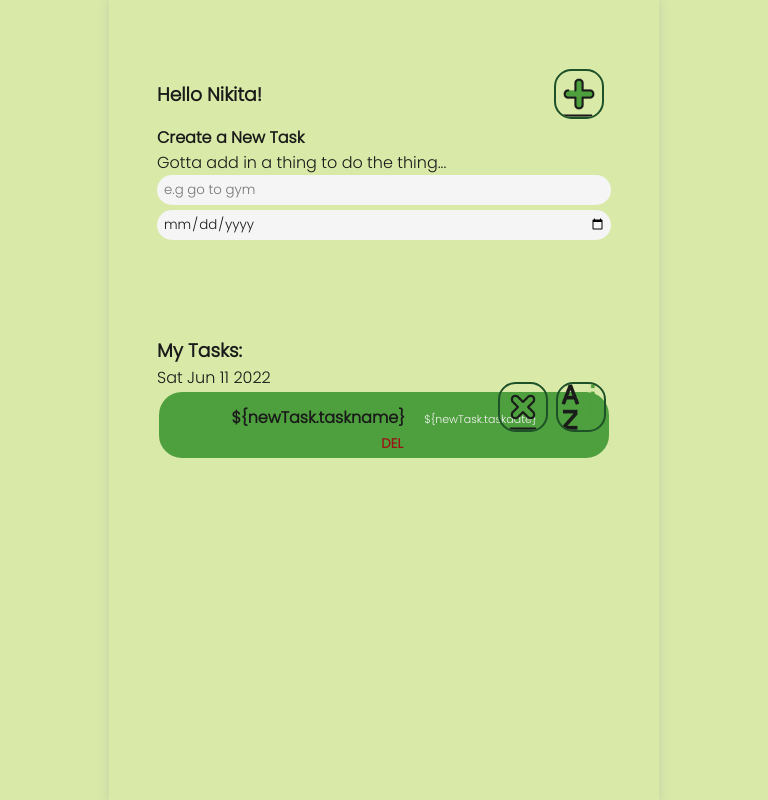
Repository: acidpixie/todo-app-version3
Page: index.html
The author's editor kept a copy of each file at every save. The page is drawn from the files as they stood at one save, then again after the next save.
The browser window is 768 px wide. The pictures show the whole page.

Above is the page before, as saved 2022-06-11 22:51:28.

### index.html
<!DOCTYPE html>
<html lang="en">
<head>
    <meta charset="UTF-8">
    <meta http-equiv="X-UA-Compatible" content="IE=edge">
    <meta name="viewport" content="width=device-width, initial-scale=1.0">
    <title>Todo Application</title>

    <link rel="stylesheet" type="text/css" href="/css/stylesheet.css">
    <script type="text/javascript" src="/js/script.js" defer></script>

    <!--google fonts - poppins-->
    <link rel="preconnect" href="https://fonts.googleapis.com">
    <link rel="preconnect" href="https://fonts.gstatic.com" crossorigin>
    <link href="https://fonts.googleapis.com/css2?family=Poppins:wght@200;300&display=swap" rel="stylesheet">


</head>
<body>

    <section>
        <header class="heading">
        <h3>Hello&nbsp;<div contenteditable="true">Nikita!</div></h3>
        </header>

        <div>
            <h4>Create a New Task</h4>
            <form>
                <label>Gotta add in a thing to do the thing...</label>
                <input type="text" class="user-input" id="input-task" placeholder="e.g go to gym">
                <p id="empty-input" class="empty-input"></p>
                <input type="date" class="user-date" id="input-date">
                <img src="/images/add.png" type="submit" class="add-new-task" id="add-new-task-button"></img>
                </label>
            </form>
       </div>
    </section>

    <section>
        <div id="display-tasks" class="display">
            <h3>My Tasks:</h3>
            <span class="title-date" id="title-date"></span>
            <ul class="task-item" id="task-list">
                <li class="list-item" id="list-item" data-id="${newTask.taskId}">

                    <div class="list-container" id="lists-container">
                        <span class="list-input" id="list-input" contenteditable="true">${newTask.taskname}</span>
                        <span class="list-date-input" id="list-date-input" contenteditable="true">${newTask.taskdate}</span>
                    </div>
                    <div class="list-buttons">
                        <button class="edit-item" id="edit-item"></button>
                        <button class="delete-item" id="delete-item">DEL</button>
                    </div>

                </li>
            </ul>
        </div>
    </section>

    <section class="user-buttons" id="buttons-user">
        <img src="/images/delete.png" class="user-button" id="clear-button"></img>
        <img src="/images/sort-a-z.png" class="user-button" id="sort-button"></img>
    </section>


</body>
</html>

### css/stylesheet.css
/*color pallet
#191A19 - black
#1E5128 - dark green
#4E9F3D - light green
#D8E9A8 - whitish green gray
#f5f5f5 - white smoke
*/



* {
    box-sizing: border-box;
    font-family: "poppins", sans-serif;
    margin: 0;
}

body {
    background-color: #D8E9A8;
    color: #191A19;
    max-width: 550px;
    min-height: 100vh;
    margin: auto;
    box-shadow: 0 1px 10px 0px rgba(176, 173, 173, 0.467);
    position: relative;
}


section {
    padding: 3rem;
}

.heading {
    padding-top: 2rem;
    padding-bottom: 1rem;
}

form {
    display: flex;
    flex-direction: column;
}

input {
    height: 30px;
    border: solid 5px #f5f5f5;
    color: #191A19;
    background-color: #f5f5f5;
    border-radius: 25px;
}

.user-date {
    margin-top: 5px;
}

li {
    display: flex;
    flex-direction: row;
    padding-left: 0;
    padding-top: 10px;
    list-style: none;
}

ul{
    margin: 0;
    padding: 0;
}

li {
    display: flex;
    flex-direction: column;
    justify-content: center;
    height: 70px;
    width: auto;
    background-color: #4E9F3D ;
    border: solid 2px #D8E9A8;
    border-radius: 25px;
    align-items: center;
}

.edit-item {
    font-size: 8px;
    background-color: transparent;
    border: none;
    color: #D8E9A8;
    cursor: pointer;
}

.delete-item {
    background-color: transparent ;
    border: none;
    color: #9a1616;
    font-weight: 600;
    cursor: pointer;
}


.user-buttons {
    display: flex;
    flex-direction: row;
    gap: 8px;
    position: absolute;
    bottom: 40%;
    right: 1%;
}

.user-button {
    display: flex;
    height: 50px;
    width: 50px;
    gap: 10px;
    border: solid 2px #1E5128;
    border-radius: 35%;
    cursor: pointer;

}

.add-new-task {
    height: 50px;
    width: 50px;
    margin-top: 5px;
    position: absolute;
    top: 15%;
    right: 10%;
    background-color: none;
    border: solid 2px #1E5128;
    border-radius: 35%;
    cursor: pointer;

}

.completed-task {
    text-decoration: line-through;
  }

.completed {
    filter: opacity(50%);
  }

.list-date-input {
    font-size: 11px;
    color: #f5f5f5 ;
    padding-left: 15px;

}

.list-input {
    font-weight: 600;
}

h3 {
    display: flex;
}

.empty-input {
    display: flex;
    justify-content: center;
    font-size: 12px;
    color: #9a1616;
}

@media screen and (max-width: 800px) {

    .user-buttons {
        display: flex;
        flex-direction: row;
        gap: 8px;
        position: absolute;
        bottom: 40%;
        right: 1%;
    }

    .user-button {
        display: flex;
        height: 50px;
        width: 50px;
        gap: 10px;
        border: solid 2px #1E5128;
        border-radius: 35%;
        cursor: pointer;

    }

    .add-new-task {
        height: 50px;
        width: 50px;
        margin-top: 5px;
        position: absolute;
        top: 8%;
        right: 10%;
        background-color: none;
        border: solid 2px #1E5128;
        border-radius: 35%;
        cursor: pointer;

    }



  }

### js/script.js
let date = new Date();
let dateHeader = date.toDateString();

const dateToday = document.getElementById('title-date');
dateToday.innerHTML = dateHeader;

const LOCAL_STORAGE_APP_KEY = "todo-app-storage-key";

//input variables
let taskInput = document.getElementById("input-task");
let taskInputDate = document.getElementById("input-date");
const taskInputSubmit = document.getElementById("add-new-task-button");
const emptyInput= document.getElementById("empty-input");

const taskList = document.getElementById("task-list");

const clearTaskList = document.getElementById("clear-button");
const sortTaskList = document.getElementById("sort-button");

let editInputTask = "";
let editInputDate = "";
let editId = "";
let isEdit = false;

let taskArray = [];

class Task {
    constructor(taskid, taskname, taskdate) {
        this._taskid = taskid;
        this._taskname = taskname;
        this._taskdate = taskdate;
    }

    get taskid() {
        return this._taskid;
      }

      set taskid(newTaskId) {
        this._taskid = newTaskId;
      }

      get taskname() {
        return this._taskname;
      }

      set taskname(newTaskName) {
        this._taskname = newTaskName;
      }

      get taskdate() {
        return this._taskdate;
      }

      set taskdate(newTaskDate) {
        this._taskdate = newTaskDate;
      }
    }

    //event listeners

    taskInputSubmit.addEventListener("click", addTask);
    clearTaskList.addEventListener("click", clearTasks);
    sortTaskList.addEventListener("click", sortTasks);

    //function to add in a new task

    function addTask(e) {
        e.preventDefault();

        let userInput = document.getElementById("input-task").value;
        let userInputDate = document.getElementById("input-date").value;

        let newTaskId = new Date().getTime().toString();
        let userInputTask = userInput.charAt(0).toUpperCase() + userInput.slice(1);

        emptyInput.innerHTML= "";

        if (userInputTask !== "" && !isEdit) {
            let newTask = new Task(newTaskId, userInputTask, userInputDate);
            taskArray.push(newTask);

            const listElement = document.createElement("li");
            listElement.classList.add("list-item");
            const attr = document.createAttribute("data-id");
            attr.value = newTaskId;
            listElement.setAttributeNode(attr);

            //template literal to add in list inputs
            listElement.innerHTML = `
            <div class="list-container">
            <span class="list-input" id="list-input" contenteditable="true">${newTask.taskname}</span>
            <span class="list-date-input" id="list-date-input" contenteditable="true">${newTask.taskdate}</span>
            </div>
            <div class="list-buttons">
            <button class="edit-item" id="edit-item"></button>
            <button class="delete-item" id="delete-item">DEL</button>
            </div>
            `;

            //variables and event listeners for buttons in new li element created
            const taskContent = listElement.querySelector(".list-container");
            const deleteButton = listElement.querySelector(".delete-item");
            const editButton = listElement.querySelector(".edit-item");

           deleteButton.addEventListener("click", deleteTask);
           editButton.addEventListener("click", editTask);

            taskList.appendChild(listElement);

            taskContent.addEventListener("dblclick", function(){
                taskContent.classList.toggle("completed-task");
                listElement.classList.toggle("completed");
            });

            saveToLocalStorage();
            setToDefault();

        } else if (userInputTask !== "" && isEdit) {
            editInputTask.innerHTML = userInputTask;
            editInputDate.innerHTML = userInputDate;

            setToDefault();

        } else if (userInputTask === "") {
            emptyInput.innerHTML = "task input cannot be blank";
        } else {
            emptyInput.innerHTML = "";
        }
    }

    // clear tasks

    function clearTasks() {
        const allTasks = document.querySelectorAll(".list-item");

        if (allTasks.length > 0) {
            allTasks.forEach(function (listItem) {
                taskList.removeChild(listItem);
            });

            setToDefault();
            localStorage.removeItem("todo-app-storage-key");
        }
    }

    //sort tasks a-z

    function sortTasks() {
        [...taskList.children]
        .sort((a, b) => (a.innerText > b.innerText ? 1 : -1))
        .forEach((node) => taskList.appendChild(node));
    }

    //delete tasks

    function deleteTask(event) {
        let element = event.currentTarget.parentElement.parentElement;
        const id = element.dataset.id;
        taskList.removeChild(element);

        setToDefault()
    }

    // edit tasks

 //  function editTask(event) {
 //   let element = event.currentTarget.parentElement.parentElement;
 //   const attrE = document.createAttribute("contenteditable");
 //   attrE.value = true;
 //   element.setAttributeNode(attrE);

 //   editId = element.dataset.id;
 //   isEdit = true;


 function editTask(button) {
    let x = document.getElementById("list-input");
    if (x.contentEditable == "true") {
        x.contentEditable = "false"; button.innerHTML = "SAVE";
    } else {x.contentEditable = "true"; button.innerHTML = "EDIT";
}

 }



    function setToDefault() {
        taskInput.value = "";
        taskInputDate.value = "";
        isEdit = false;
        editId = "";
    }

    function saveToLocalStorage() {
        taskArray = JSON.stringify(taskArray);
        localStorage.setItem(LOCAL_STORAGE_APP_KEY, taskArray);
        taskArray = JSON.parse(localStorage.getItem(LOCAL_STORAGE_APP_KEY));
    }

After the next save:
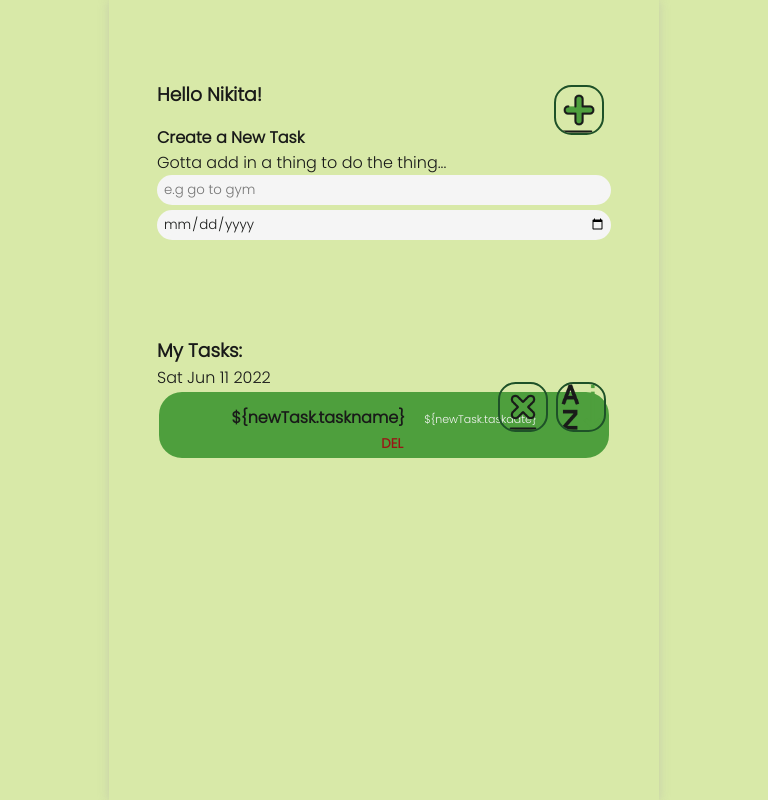
Saved 21 s later.
--- a/css/stylesheet.css
+++ b/css/stylesheet.css
@@ -184,7 +184,7 @@ h3 {
         width: 50px;
         margin-top: 5px;
         position: absolute;
-        top: 8%;
+        top: 10%;
         right: 10%;
         background-color: none;
         border: solid 2px #1E5128;
